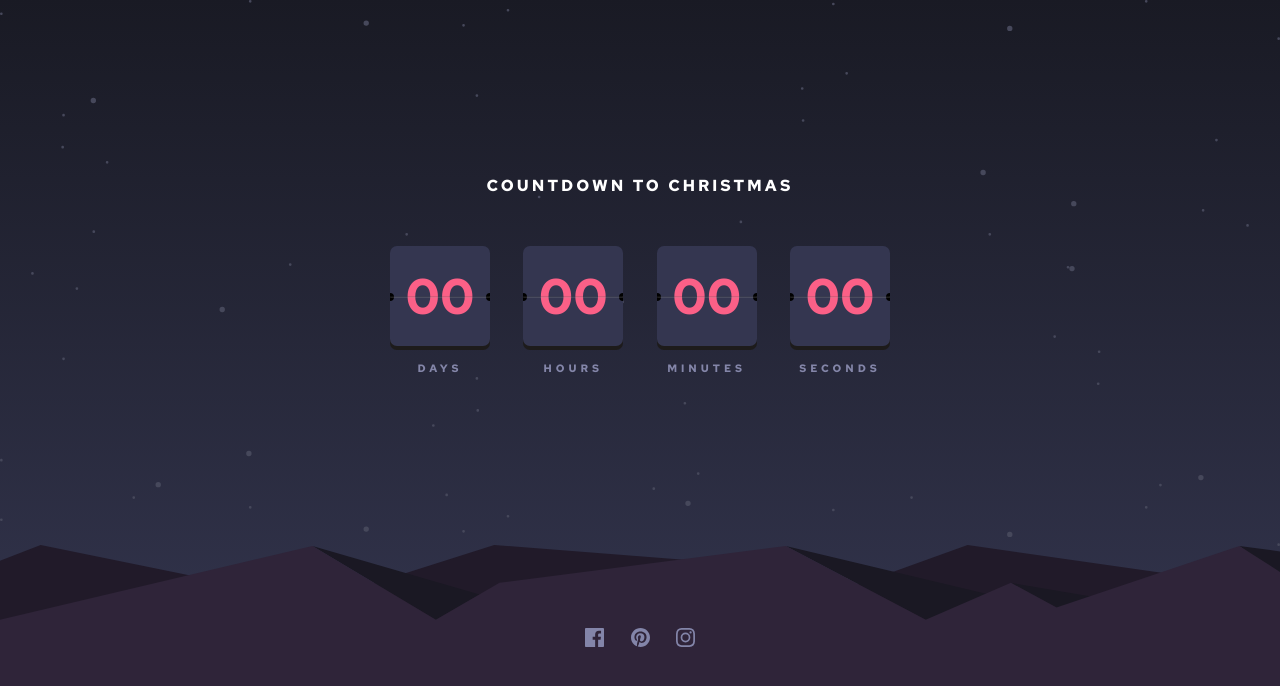
Repository: Eugene44-hub/countdown
Page: index.html
These files come from the project's save history. The page is drawn as it stood at one moment and after the next save; the edit follows.
The browser window is 1280 px wide. The pictures show the whole page.

Above is the page before, as saved 2021-09-13 02:40:36.

### index.html
<!DOCTYPE html>
<html lang="en">

<head>
    <meta charset="UTF-8">
    <meta http-equiv="X-UA-Compatible" content="IE=edge">
    <meta name="viewport" content="width=device-width, initial-scale=1.0">
    <title>Document</title>
    <link rel="stylesheet" href="style.css">
</head>

<body>
    <div class="container">

        <div class="timer">
            <h4 class="col10">countdown to christmas</h4>
            <div>
                <div class="card">
                    <div class="circle"></div>
                    <div class="circle circle2"></div>
                    <p id="days">00</p>
                    <hr>
                </div>
                <h6>days</h6>
            </div>
            <div>
                <div class="card">
                    <div class="circle"></div>
                    <div class="circle circle2"></div>
                    <p id="hours">00</p>
                    <hr>
                </div>
                <h6>hours</h6>
            </div>
            <div>
                <div class="card">
                    <div class="circle"></div>
                    <div class="circle circle2"></div>
                    <p id="minutes">00</p>
                    <hr>
                </div>
                <h6>minutes</h6>
            </div>
            <div>
                <div class="card">
                    <div class="circle"></div>
                    <div class="circle circle2"></div>
                    <p id="seconds">00</p>
                    <hr>
                </div>
                <h6>seconds</h6>
            </div>

        </div>
        <footer>
            <div class="social-media" id="facebook">
                <a href=""><img src="images/icon-facebook.svg"></a>
            </div>
            <div class="social-media" id="pinterest">
                <a href="">
                    <img src="images/icon-pinterest.svg">
                </a>
            </div>
            <div class="social-media" id="instagram">
                <a href="">
                    <img src="images/icon-instagram.svg">
                </a>
            </div>



        </footer>
    </div>

    <script src="app.js"></script>

</body>

</html>

</html>

### style.css
    @import url('https://fonts.googleapis.com/css2?family=Red+Hat+Text:wght@700&display=swap');
    * {
        padding: 0;
        margin: 0;
        box-sizing: border-box;
    }

    body {
        /* background-color: hsl(235, 16%, 14%); */
        /* background-color: hsl(234, 17%, 12%); */
        background-image: url('images/pattern-hills.svg'), url('images/bg-stars.svg'), linear-gradient( hsl(235, 18%, 12%), hsl(236, 21%, 26%));
        background-position: bottom, top;
        background-repeat: no-repeat, repeat;
        background-size: contain;
        background-attachment: fixed;
        font-family: 'Red Hat Text';
    }

    .container {
        display: flex;
        width: 100%;
        height: 500px;
        flex-wrap: wrap;
        text-align: center;
    }

    .col10 {
        flex: 100%;
        margin: auto;
    }

    h4 {
        color: white;
        padding: 50px;
        text-transform: uppercase;
        letter-spacing: 3px;
    }

    h6 {
        color: white;
        text-transform: uppercase;
        margin-top: 15px;
        color: hsl(237, 18%, 59%);
        letter-spacing: 4px;
    }

    .timer {
        margin: auto;
        display: flex;
        flex-wrap: wrap;
        justify-content: space-between;
        max-width: 500px;
    }

    .card {
        background-color: hsl(236, 21%, 26%);
        width: 100px;
        height: 100px;
        position: relative;
        overflow: hidden;
        box-shadow: 0px 4px rgb(29, 27, 27);
        border-radius: 7px;
        display: flex;
    }

    p {
        font-size: 50px;
        color: hsl(345, 95%, 68%);
        margin: auto;
    }

    .circle {
        border-width: 4px;
        border-radius: 50%;
        border-color: black;
        border-style: solid;
        height: 1px;
        position: absolute;
        left: -4px;
        top: 47%;
    }

    .circle2 {
        left: 96px;
    }

    hr {
        position: absolute;
        width: 100%;
        top: 50%;
        left: 0%;
        border-color: rgb(158, 158, 158);
        opacity: 0.2;
    }

    footer {
        display: flex;
        justify-content: space-between;
        flex: 100%;
        max-width: 130px;
        position: absolute;
        bottom: 5%;
        left: 50%;
        transform: translate(-50%, -50%);
    }

    img {
        width: 100%
    }

    .social-media {
        width: 30%;
        padding: 10px;
    }

    img:hover {
        background-color: hsl(345, 95%, 68%);
    }

    .box {
        background-color: black;
        height: 30px;
        width: 100px;
        position: relative;
        transition: all 0.5s;
        border-radius: 10px;
    }

    .toggle {
        top: -10px;
        background-color: grey;
        height: 50px;
        width: 50px;
        box-shadow: 4px 4px 10px black;
        border-radius: 50%;
        position: absolute;
        left: -6px;
        transition: all 0.5s;
    }

    @media screen and (max-width: 720px) {
        .timer {
            max-width: 100%;
            padding: 2px;
        }
        body {
            background-image: url('images/snow-clipart-620123-ields-covered-with-snow-under-a-b-Stock-Vector.jpg');
            background-size: auto;
        }
    }
    /* timer color  hsl(345, 95%, 68%)
timer card color hsl(237, 18%, 59%)
* /

### app.js
setInterval(e => {
    const days = document.querySelector('#days');
    const hours = document.querySelector('#hours');
    const minutes = document.querySelector('#minutes');
    const seconds = document.querySelector('#seconds');
    //Actual values
    const proposed = new Date('2021-12-25');
    const current = new Date();

    const proArr = [proposed.getHours(), proposed.getMinutes(), proposed.getSeconds(), proposed.getDay(), proposed.getMonth()];
    let daysTo, hoursTo, minutesTo, secondsTo;

    daysTo = (((proArr.at(-1) * 31) - 7) + proposed.getDate()) - (((current.getMonth() * 31) - 5) + current.getDate());
    hoursTo = (24 - current.getHours());
    minutesTo = (60 - current.getMinutes());
    secondsTo = (60 - current.getSeconds());

    days.textContent = daysTo;
    hours.textContent = hoursTo;
    minutes.textContent = minutesTo;
    seconds.textContent = secondsTo;
}, Infinity)









//calculation starts
// console.log((((proArr.at(-1) * 31) - 7) + proposed.getDate()) - (((current.getMonth() * 31) - 5) + current.getDate()) + 'days to christmas');
// console.log('hours:' + (24 - current.getHours()));
// console.log('minutes:' + (60 - current.getMinutes()));
// console.log('seconds:' + (60 - current.getSeconds()));
//claculations end


// console.log('proposed days:' + (((proArr.at(-1) * 31) - 7) + proposed.getDate()));
// console.log('current days:' + (((current.getMonth() * 31) - 5) + current.getDate()));
//test
// let cal = proposed. - current;
// console.log(proposed);
// console.log(current.getDate());
// console.log(proArr.at(-1) + 1);
// let another = new Date(cal);
// console.log(another)
//359-253 propsed day - current day(mth*31-7) for september minus 6

After the next save:
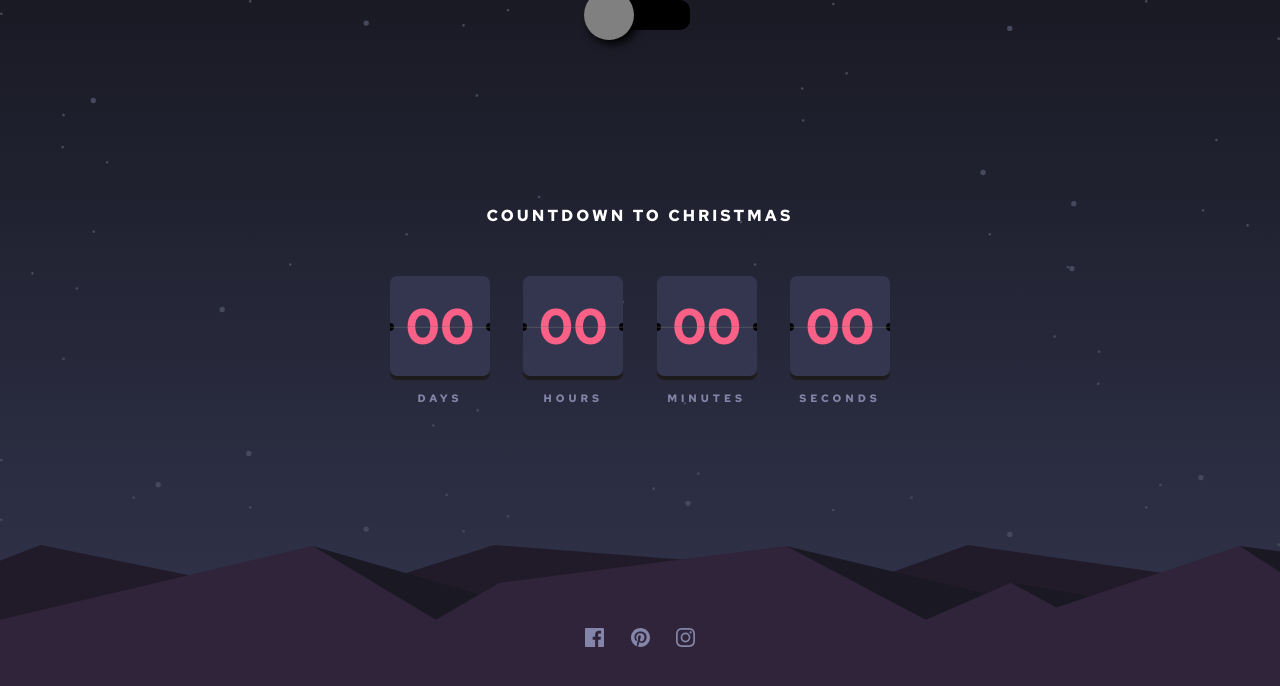
Saved 5 s later.
--- a/index.html
+++ b/index.html
@@ -10,6 +10,10 @@
 </head>
 
 <body>
+    <div class="box col10">
+        <div class="toggle"></div>
+    </div>
+
     <div class="container">
 
         <div class="timer">
